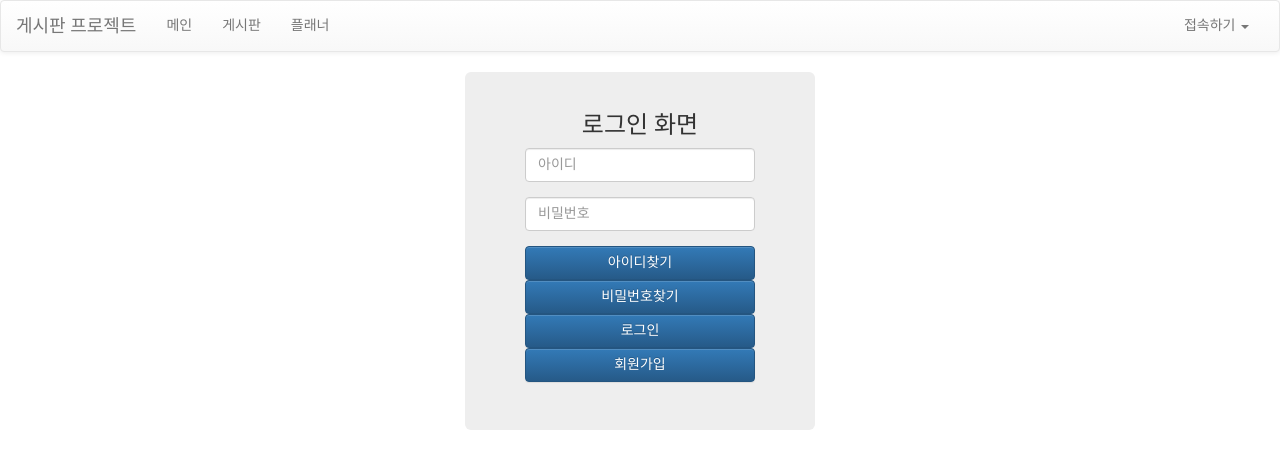
Repository: Seok7975/JSP-Education
Page: http://localhost/ToDoList공유_게시판_ver3/login.jsp
These files come from the project's save history. The page is drawn as it stood at one moment and after the next save; the edit follows.
The browser window is 1280 px wide. The pictures show the whole page.
Some web fonts or font styles are not loaded; a fallback is used. Some web libraries are served in a nearby version. The page is served by Tomcat 9.

Above is the page before, as saved 2024-06-18 05:21:58.

After the next save:
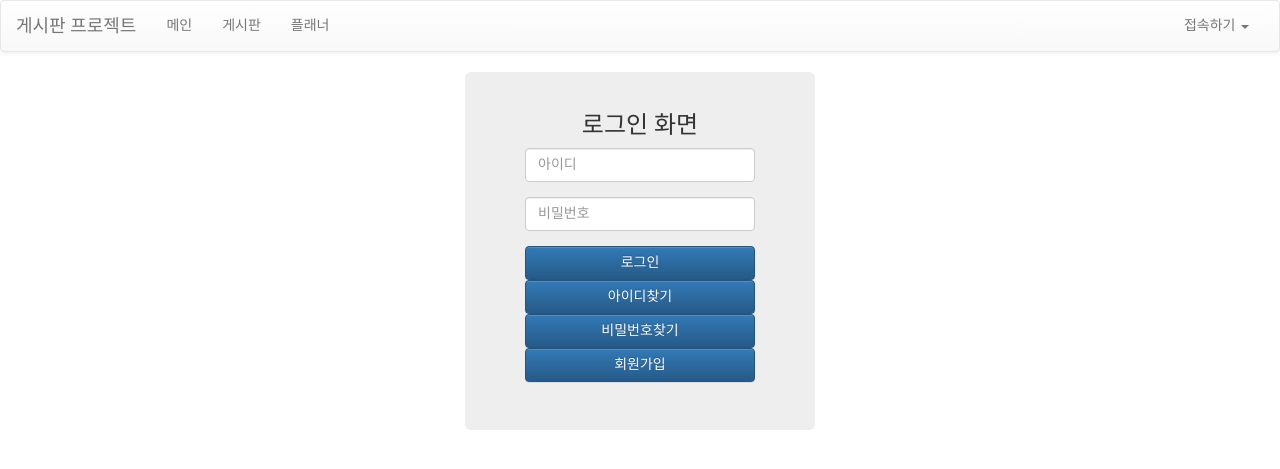
Saved 45 min 11 s later.
--- a/List_Projects_ver3/ToDoList공유 게시판_ver3/src/main/webapp/login.jsp
+++ b/List_Projects_ver3/ToDoList공유 게시판_ver3/src/main/webapp/login.jsp
@@ -275,15 +275,14 @@
 						<input type="password" class="form-control" placeholder="비밀번호" name="userPassword" maxlength="20">
 					</div>
 					<div>
+						<input type="submit" class="btn btn-primary form-control" value="로그인">
+					</div>
+					<div>
 						<input type="submit" class="btn btn-primary form-control" value="아이디찾기">
 						<input type="submit" class="btn btn-primary form-control" value="비밀번호찾기">
-					</div>
-					<div>
-						<input type="submit" class="btn btn-primary form-control" value="로그인">
-					</div>
-					<div>
 						<input type="submit" class="btn btn-primary form-control" value="회원가입">
 					</div>
+
 				</form>
 			</div>
 		</div>
